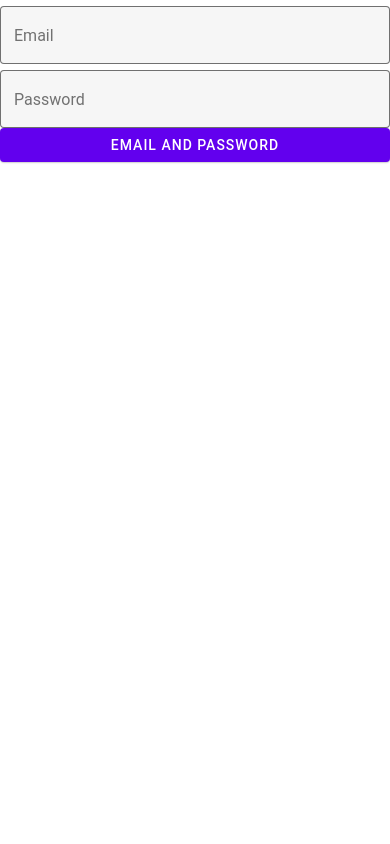
Repository: pascalgrim/GymTracker
Screen: /
An editor plug-in stored every save of this project. The screen is shown before and after the next save, followed by the edit.
The app was drawn by React Native's web renderer in a window 390 px wide. The project was rebuilt for these pictures with package versions that can differ from the ones it lists, and the page was loaded fresh each time. Also part of the build but not shown: components/menuCard.js, components/Dashboard.js, firebase.js, context/AuthContext.js.

Above is the screen before, as saved 2021-11-04 22:13:51.

After the next save:
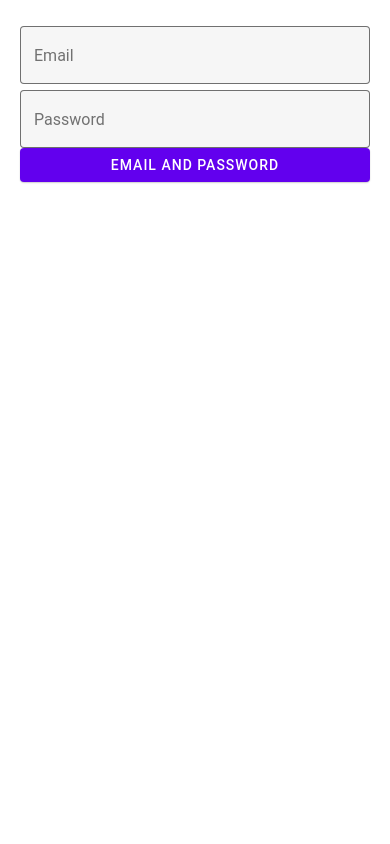
Saved 52 s later.
--- a/components/Signup.js
+++ b/components/Signup.js
@@ -37,7 +37,7 @@ export default function Signup() {
 
     }
     return (
-        <View>
+        <View style={{padding:20}}>
   <TextInput
       label="Email"
       mode="outlined"
